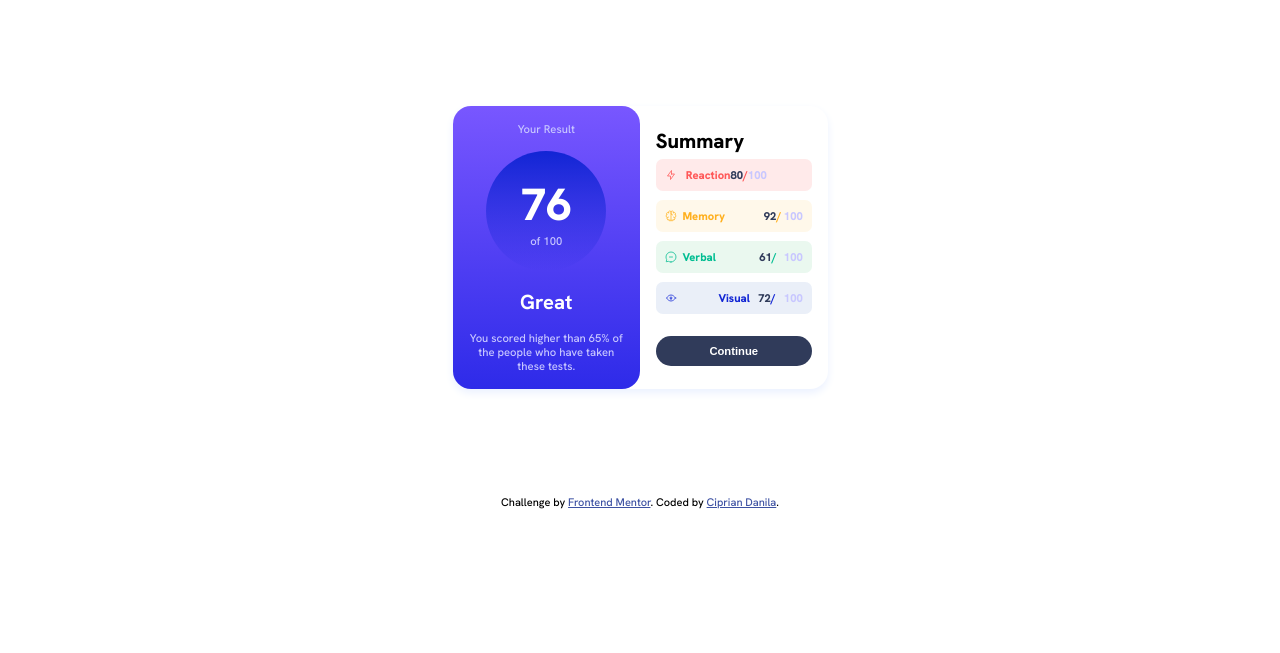
Repository: cipdanila/results-summary-component
Page: index.html
These files come from the project's save history. The page is drawn as it stood at one moment and after the next save; the edit follows.
The browser window is 1280 px wide. The pictures show the whole page.

Above is the page before, as saved 2024-02-05 20:19:44.

After the next save:
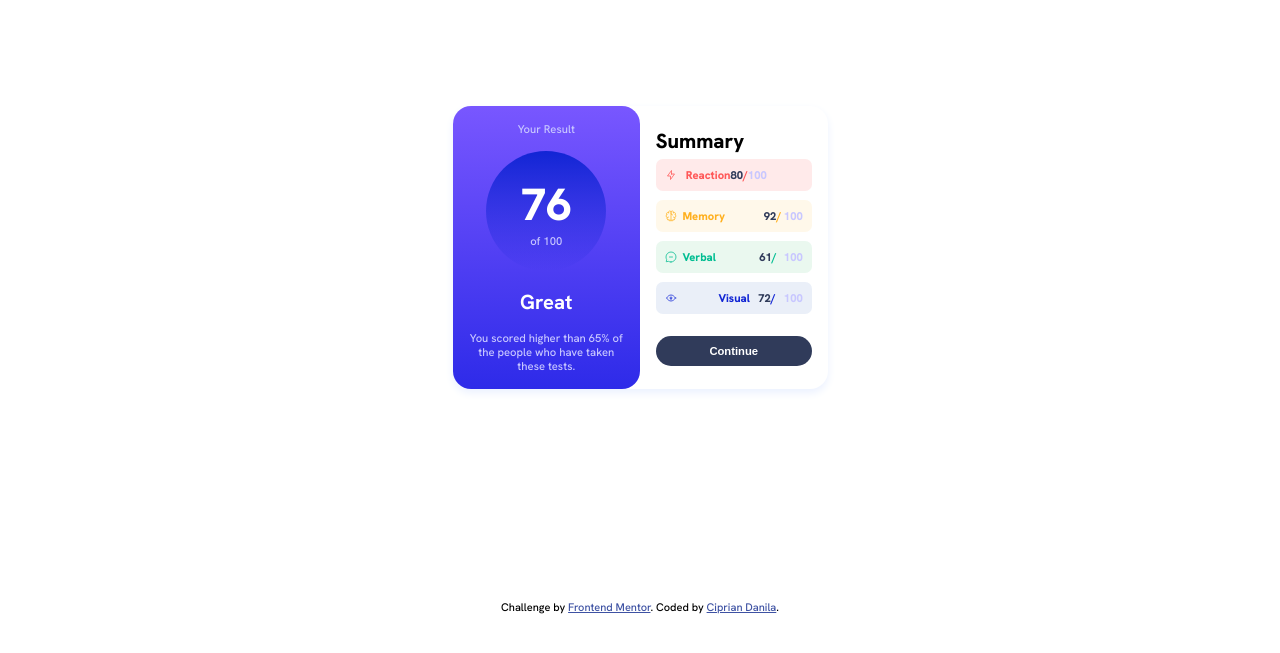
Saved 9 s later.
--- a/styles.css
+++ b/styles.css
@@ -213,5 +213,6 @@
     body {
         min-height: 100vh;
         display: grid;
+        place-items: center;
     }
 }
